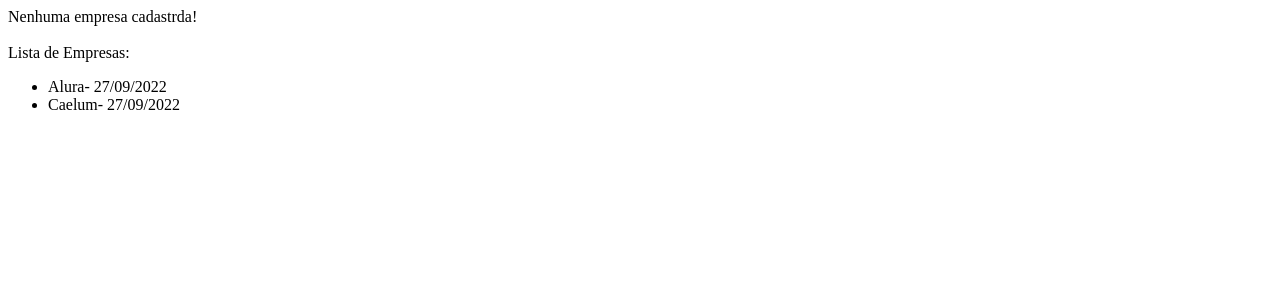
Repository: DiegoDBLe/JavaAlura
Page: http://localhost/gerenciador/listaEmpresas
An editor plug-in stored every save of this project. The page is shown before and after the next save, followed by the edit.
The browser window is 1280 px wide. The pictures show the whole page.
The page is served by Tomcat 10. Other server files are loaded and not shown.

Above is the page before, as saved 2022-10-11 12:03:23.

### gerenciador/src/main/webapp/listaEmpresas.jsp
<%@ page language="java" contentType="text/html; charset=ISO-8859-1"
	pageEncoding="ISO-8859-1"%>
<%@ page
	import="java.util.List, br.com.alura.gerenciador.servlet.Empresa"%>
<%@ taglib uri="http://java.sun.com/jsp/jstl/core" prefix="c"%>
<%@ taglib uri="http://java.sun.com/jsp/jstl/fmt" prefix="fmt"%>
<!DOCTYPE html>
<html>
<head>
<meta charset="ISO-8859-1">
<title>JSTL - Java Standard Taglib</title>
</head>
<body>

	<c:if test="${not empty empresa}">
			Empresa ${empresa} cadastrada com sucesso!
			<br>
	</c:if>

	<c:if test="${empty empresa}">
			Nenhuma empresa cadastrda!
			<br>
	</c:if>
	<br>Lista de Empresas:
	<br>

	<ul>

		<c:forEach items="${empresas}" var="empresa">

			<li>${empresa.nome}- <fmt:formatDate
					value="${empresa.dataAbertura}" pattern="dd/MM/yyyy" />
			</li>

		</c:forEach>

	</ul>

</body>
</html>

### gerenciador/src/main/java/br/com/alura/gerenciador/servlet/ListaEmpresasServlet.java
package br.com.alura.gerenciador.servlet;

import java.io.IOException;
import java.util.List;

import jakarta.servlet.RequestDispatcher;
import jakarta.servlet.ServletException;
import jakarta.servlet.http.HttpServlet;
import jakarta.servlet.http.HttpServletRequest;
import jakarta.servlet.http.HttpServletResponse;
/*
 *  @ /listaEmpresas
 * */

public class ListaEmpresasServlet extends HttpServlet {
	private static final long serialVersionUID = 1L;


	// Chamando o Servlet
	protected void service(HttpServletRequest request, HttpServletResponse response) throws ServletException, IOException {

		// Servlet vai ler as empresas.
		Banco banco = new Banco();
		List<Empresa> listaEmpresa = banco.getEmpresas();

		//Pendurando: ou seja, colocar dentro da requisição o atributo (empresas) é o mesmo que vai no items = do forEach.
		request.setAttribute("empresas", listaEmpresa);


		// Integrando com o arquivo JSP:
		RequestDispatcher rd = request.getRequestDispatcher("/listaEmpresas.jsp");
		rd.forward(request, response);

	}

}

### gerenciador/src/main/java/br/com/alura/gerenciador/servlet/Banco.java
package br.com.alura.gerenciador.servlet;

import java.util.ArrayList;
import java.util.List;

public class Banco {

	private static List<Empresa> listaEmpresas = new ArrayList<>();

	static {
		Empresa empresa = new Empresa();
		empresa.setNome("Alura");

		Empresa empresa2 = new Empresa();
		empresa2.setNome("Caelum");

		listaEmpresas.add(empresa);
		listaEmpresas.add(empresa2);
	}
	public void adicionar(Empresa empresa) {
		Banco.listaEmpresas.add(empresa);
	}

	public List<Empresa> getEmpresas(){
		return Banco.listaEmpresas;
	}

}

### gerenciador/src/main/java/br/com/alura/gerenciador/servlet/Empresa.java
package br.com.alura.gerenciador.servlet;

import java.util.Date;

public class Empresa {

	private Integer id;
	private String nome;
	private Date dataAbertura = new Date();


	public Integer getId() {
		return id;
	}
	public void setId(Integer id) {
		this.id = id;
	}
	public String getNome() {
		return nome;
	}
	public void setNome(String nome) {
		this.nome = nome;
	}

	public Date getDataAbertura() {
		return dataAbertura;
	}

	public void setDataAbertura(Date dataAbertura) {
		this.dataAbertura = dataAbertura;
	}



}

After the next save:
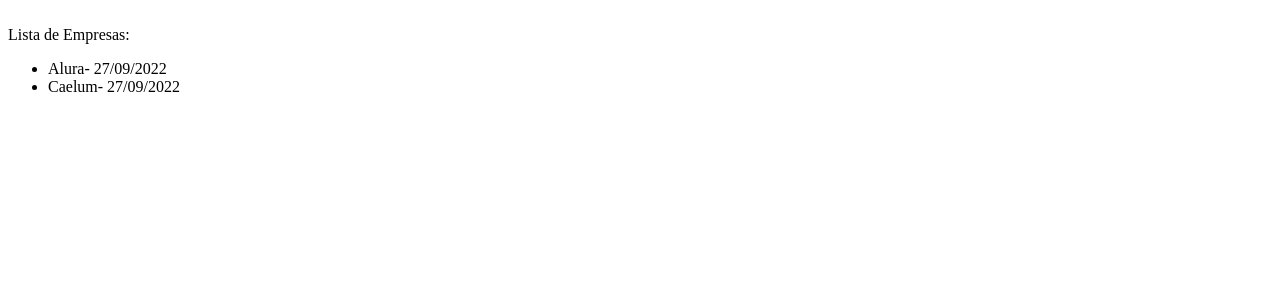
Saved 47 s later.
--- a/gerenciador/src/main/webapp/listaEmpresas.jsp
+++ b/gerenciador/src/main/webapp/listaEmpresas.jsp
@@ -17,10 +17,6 @@
 			<br>
 	</c:if>
 
-	<c:if test="${empty empresa}">
-			Nenhuma empresa cadastrda!
-			<br>
-	</c:if>
 	<br>Lista de Empresas:
 	<br>
 
